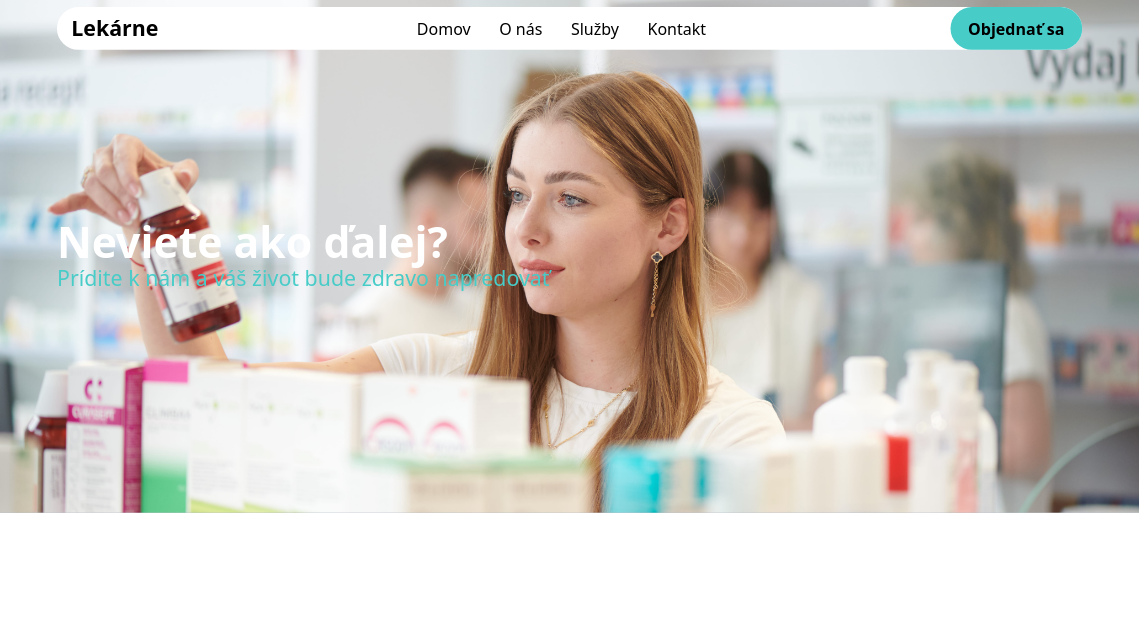
Repository: SimonSkoda13/Lekaren
Page: /
The author's editor kept a copy of each file at every save. The page is drawn from the files as they stood at one save, then again after the next save.
The browser window is 1280 px wide. The pictures show the whole page, at 89% of full size.
The project was rebuilt for these pictures with package versions that can differ from the ones it lists, and the page was loaded fresh each time. The framework's server and built-in components were replaced by stand-ins that run in the browser. Also part of the build but not shown: next.config.js.

Above is the page before, as saved 2023-04-22 17:02:07.

### src/app/layout.tsx
import { Header } from "./components/Header/Header";
import "./globals.css";
import { Poppins } from "next/font/google";

export const metadata = {
  title: "Create Next App",
  description: "Generated by create next app",
};

export default function RootLayout({
  children,
}: {
  children: React.ReactNode;
}) {
  return (
    <html lang="en">
      <body className="bg-white min-h-[100vh]">
        <Header />
        <main>{children}</main>
        <footer></footer>
      </body>
    </html>
  );
}

### src/app/page.tsx
import Image from "next/image";
import { Inter } from "next/font/google";
import { HomeHero } from "./components/HomeHero/HomeHero";

const inter = Inter({ subsets: ["latin"] });

// page with

export default function Home() {
  return (
    <>
      <HomeHero
        title={"Neviete ako ďalej?"}
        image={"/homeBanner.jpg"}
        description={"Prídite k nám a váš život bude zdravo napredovať"}
      />
    </>
  );
}

### src/app/components/Header/Header.tsx
import Link from "next/link";
import React from "react";

export interface HeaderProps {}

export const Header = (props: HeaderProps) => {
  const {} = props;
  return (
    <header className="cntn fixed w-full top-2 z-10">
      <div className="flex bg-white rounded-full">
        <h1 className="py-2 px-4 text-2xl font-bold">Lekárne</h1>
        <div className="py-2 px-4 flex gap-8 items-center mx-auto text-lg font-medium">
          <Link href="/">Domov</Link>
          <Link href="/onas">O nás</Link>
          <Link href="/sluzby">Služby</Link>
          <Link href="/kontakt">Kontakt</Link>
        </div>
        {/* button order self */}
        <div className="flex justify-center items-center px-5 p-0 bg-primary rounded-full text-lg font-bold">
          <Link href="/order">Objednať sa</Link>
        </div>
      </div>
    </header>
  );
};

### src/app/globals.css
@tailwind base;
@tailwind components;
@tailwind utilities;

@layer components {
  .cntn {
    @apply mx-auto px-4  max-w-screen-xl md:px-16;
  }
}

### src/app/components/HomeHero/HomeHero.tsx
import Image from "next/image";
import React from "react";

export interface HomeHeroProps {
  title: string;
  image: string;
  description: string;
}

export const HomeHero = (props: HomeHeroProps) => {
  const { title, image, description } = props;
  return (
    <section className="relative h-[80vh] z-0 px-0">
      <div className="w-full h-full absolute left-0 top-0 bg-gradient-to-b from-gray-200 via-gray-300 to-gray-400 z-10">
        {/* make filter for image to odd brightness from top biggest to bottom lowest */}
        <Image
          src={image}
          alt="Next.js logo"
          fill
          style={{
            objectFit: "cover",
            objectPosition: "center",
          }}
        />
      </div>
      <div className="cntn relative  h-full flex justify-center flex-wrap flex-col z-10">
        <h1 className="text-5xl font-bold text-white">{title}</h1>
        <p className="text-2xl text-primary">{description}</p>
      </div>
    </section>
  );
};

### tailwind.config.js
/** @type {import('tailwindcss').Config} */
module.exports = {
  content: [
    "./src/pages/**/*.{js,ts,jsx,tsx,mdx}",
    "./src/components/**/*.{js,ts,jsx,tsx,mdx}",
    "./src/app/**/*.{js,ts,jsx,tsx,mdx}",
  ],
  theme: {
    extend: {
      colors: {
        primary: "#47CCC8",
        secondary: "#2D3663",
      },
    },
  },
  plugins: [],
};

Loaded but not shown: src/app/api/hello/route.ts (common file)

After the next save:
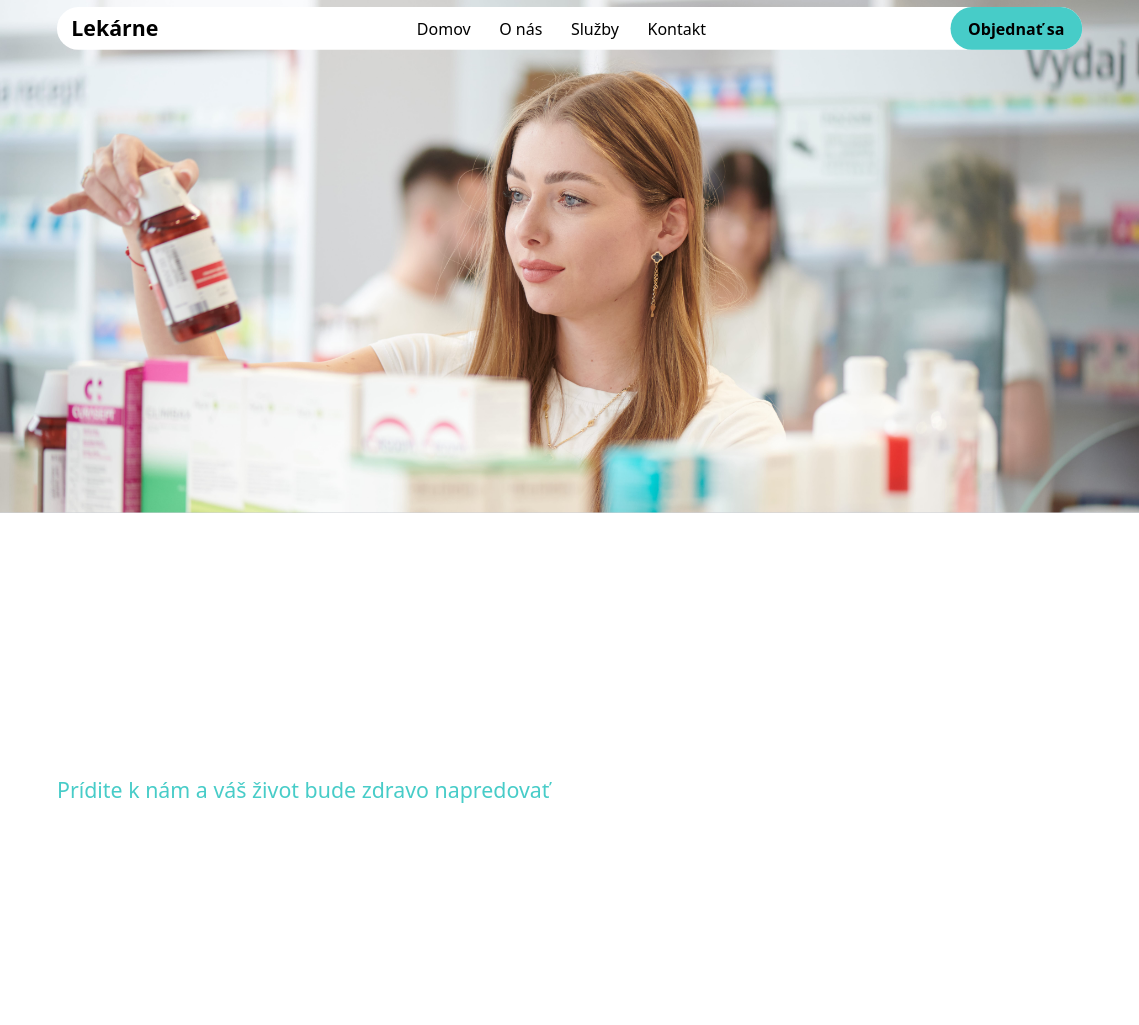
Saved 52 s later.
--- a/src/app/components/HomeHero/HomeHero.tsx
+++ b/src/app/components/HomeHero/HomeHero.tsx
@@ -11,18 +11,18 @@ export const HomeHero = (props: HomeHeroProps) => {
   const { title, image, description } = props;
   return (
     <section className="relative h-[80vh] z-0 px-0">
-      <div className="w-full h-full absolute left-0 top-0 bg-gradient-to-b from-gray-200 via-gray-300 to-gray-400 z-10">
-        {/* make filter for image to odd brightness from top biggest to bottom lowest */}
+      <div className="relative w-full h-full overflow-hidden">
+        <div className="absolute inset-0 z-10 bg-gradient-to-b from-gray-200 via-gray-300 to-gray-400"></div>
         <Image
           src={image}
           alt="Next.js logo"
-          fill
-          style={{
-            objectFit: "cover",
-            objectPosition: "center",
-          }}
+          layout="fill"
+          objectFit="cover"
+          objectPosition="center"
+          className="z-20"
         />
       </div>
+
       <div className="cntn relative  h-full flex justify-center flex-wrap flex-col z-10">
         <h1 className="text-5xl font-bold text-white">{title}</h1>
         <p className="text-2xl text-primary">{description}</p>

After the save that followed:
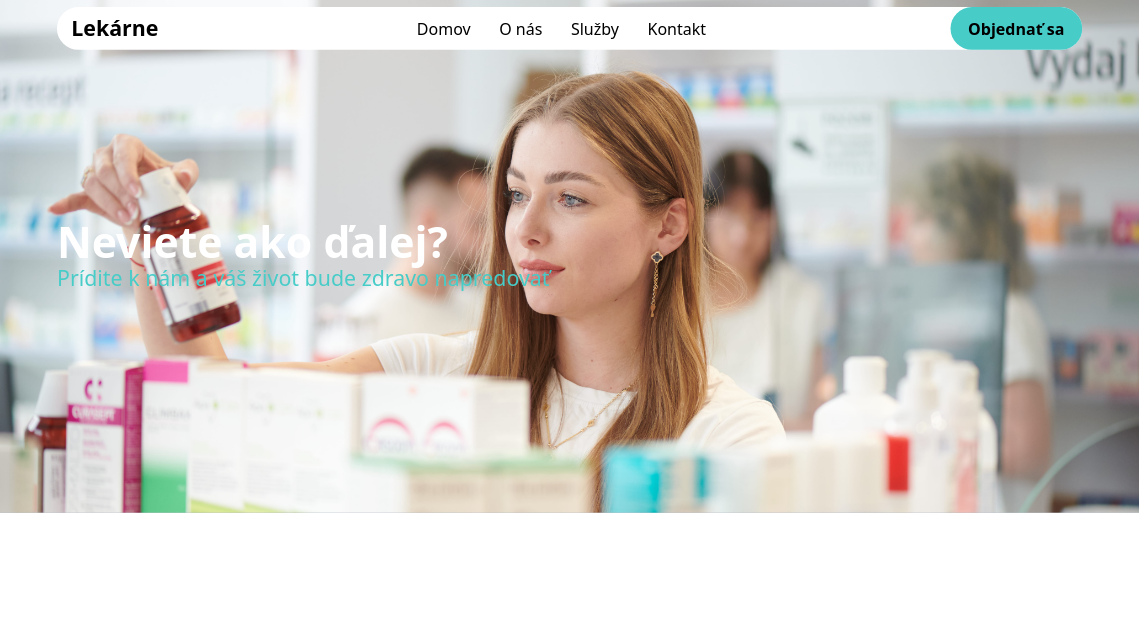
Saved 59 s later.
--- a/src/app/components/HomeHero/HomeHero.tsx
+++ b/src/app/components/HomeHero/HomeHero.tsx
@@ -11,18 +11,19 @@ export const HomeHero = (props: HomeHeroProps) => {
   const { title, image, description } = props;
   return (
     <section className="relative h-[80vh] z-0 px-0">
-      <div className="relative w-full h-full overflow-hidden">
-        <div className="absolute inset-0 z-10 bg-gradient-to-b from-gray-200 via-gray-300 to-gray-400"></div>
+      <div className="w-full h-full absolute left-0 top-0 bg-gradient-to-b from-gray-200 via-gray-300 to-gray-400 z-10">
+        {/* make filter for image to odd brightness from top biggest to bottom lowest */}
         <Image
           src={image}
           alt="Next.js logo"
-          layout="fill"
-          objectFit="cover"
-          objectPosition="center"
-          className="z-20"
+          fill
+          style={{
+            objectFit: "cover",
+            objectPosition: "center",
+          }}
+          className="z-9"
         />
       </div>
-
       <div className="cntn relative  h-full flex justify-center flex-wrap flex-col z-10">
         <h1 className="text-5xl font-bold text-white">{title}</h1>
         <p className="text-2xl text-primary">{description}</p>
